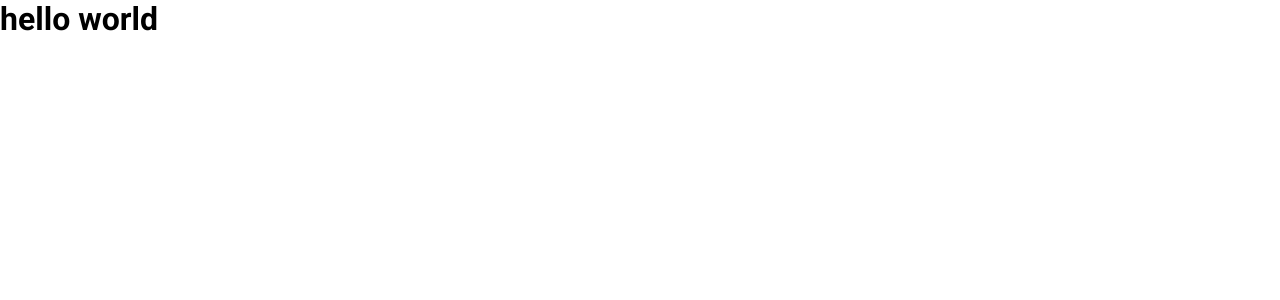
Repository: DevAntonioRogers/portfolio-tutorial
Page: index.html
The author's editor kept a copy of each file at every save. The page is drawn from the files as they stood at one save, then again after the next save.
The browser window is 1280 px wide. The pictures show the whole page.

Above is the page before, as saved 2023-10-31 22:35:24.

### index.html
<!DOCTYPE html>
<html lang="en">
  <head>
    <meta charset="UTF-8" />
    <meta
      name="viewport"
      content="width=device-width, initial-scale=1.0"
    />
    <script src="https://unpkg.com/typed.js@2.0.16/dist/typed.umd.js"></script>
    <script
      type="module"
      src="https://unpkg.com/ionicons@7.1.0/dist/ionicons/ionicons.esm.js"
    ></script>
    <script
      nomodule
      src="https://unpkg.com/ionicons@7.1.0/dist/ionicons/ionicons.js"
    ></script>
    <link rel="stylesheet" href="./styles/main.css" />
    <title>John Doe Portfolio</title>
  </head>
  <body>
    <h1>hello world</h1>
  </body>
</html>

### styles/main.css
@import url("https://fonts.googleapis.com/css2?family=Roboto:wght@100;400;500;700&display=swap");

* {
  box-sizing: border-box;
  padding: 0;
  margin: 0;
  font-family: "Roboto", sans-serif;
}

html {
  scroll-behavior: smooth;
}

li {
  list-style: none;
}

a {
  text-decoration: none;
  color: inherit;
}

button {
  outline: none;
  border: none;
  background: inherit;
}

.container {
  width: 90%;
  margin: 0 auto;
  max-width: 1400px;
  height: 100%;
}

article {
  padding: 20px 0;
  display: flex;
  flex-direction: column;
  gap: 10px;
  border: solid 1px #dad9d9;
}

After the next save:
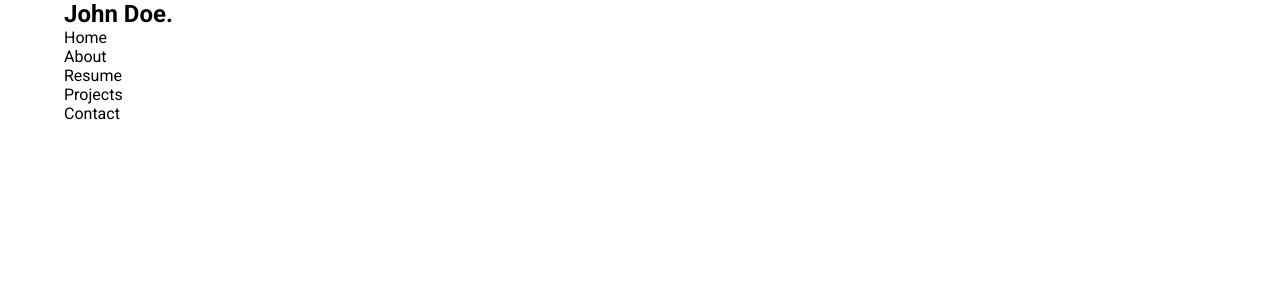
Saved 7 min 19 s later.
--- a/index.html
+++ b/index.html
@@ -19,6 +19,20 @@
     <title>John Doe Portfolio</title>
   </head>
   <body>
-    <h1>hello world</h1>
+    <header>
+      <nav role="navigation" aria-label="Navigation">
+        <div class="container navbar">
+          <h1>John Doe.</h1>
+
+          <ul class="nav-menu">
+            <li><a href="#home">Home</a></li>
+            <li><a href="#about">About</a></li>
+            <li><a href="#resume">Resume</a></li>
+            <li><a href="#projects">Projects</a></li>
+            <li><a href="#contact">Contact</a></li>
+          </ul>
+        </div>
+      </nav>
+    </header>
   </body>
 </html>
